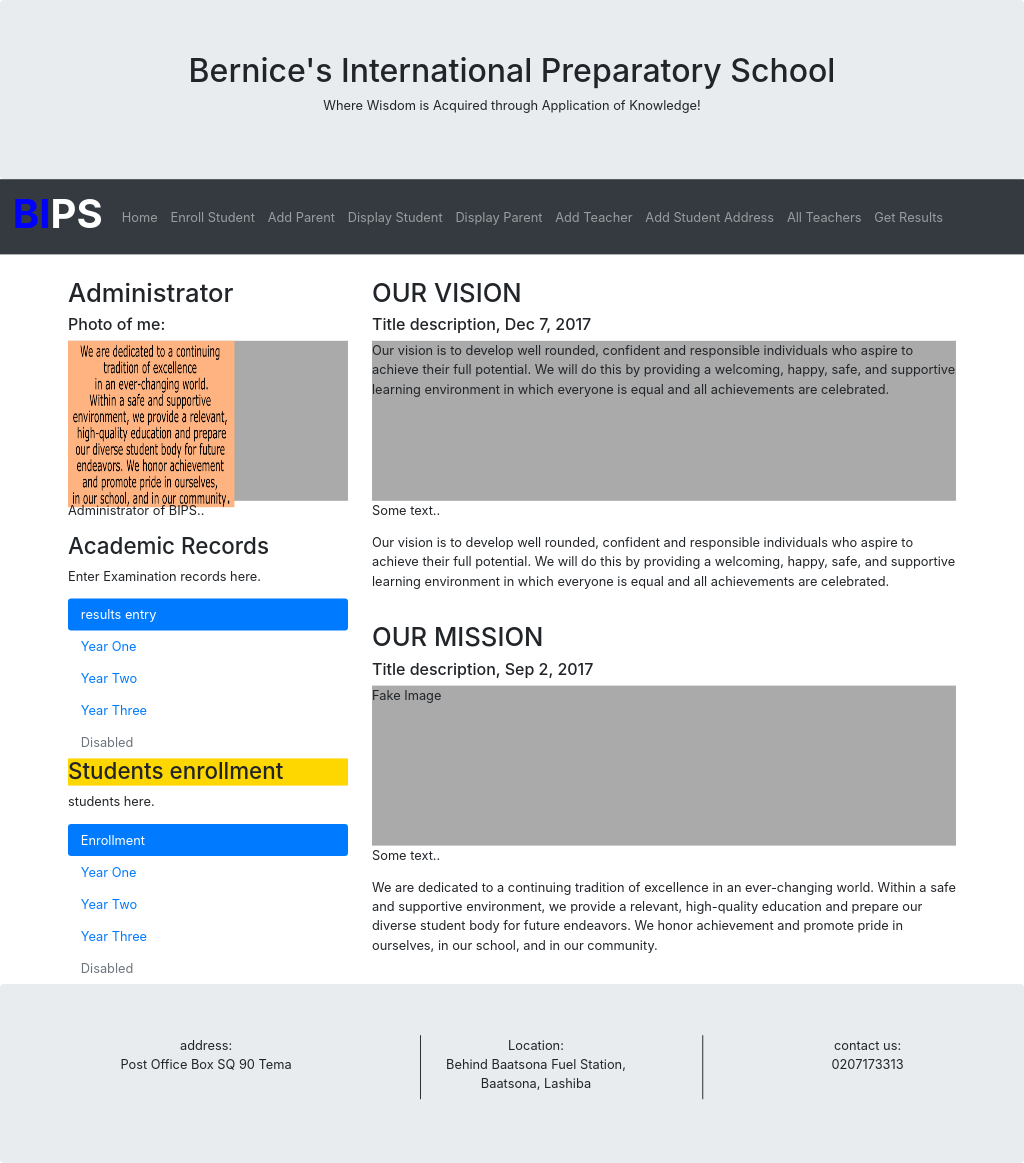
Repository: joseackah/eclipse-workspace
Page: http://localhost/com.school.mgt.system.Front.End/WEB-INF/views/adminPageExample.jsp
These files come from the project's save history. The page is drawn as it stood at one moment and after the next save; the edit follows.
The browser window is 1280 px wide. The pictures show the whole page, at 80% of full size.
The page is served by Tomcat 9. Nobody is signed in. The template is opened directly, without the code that normally fills it, so the values that code supplies are empty.

Above is the page before, as saved 2021-08-12 21:15:41.

After the next save:
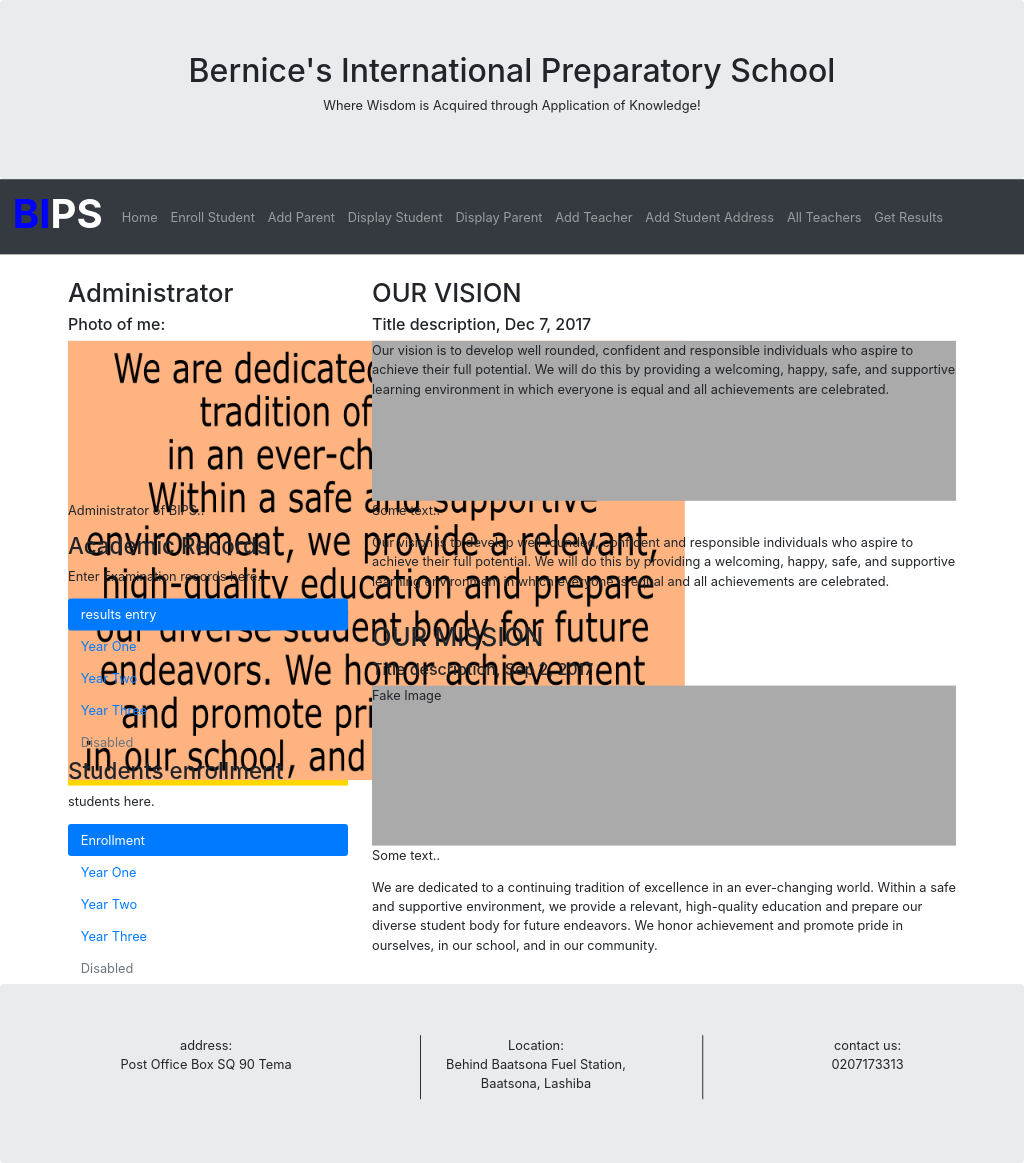
Saved 29 s later.
--- a/com.school.mgt.system.Front.End/src/main/webapp/WEB-INF/views/adminPageExample.jsp
+++ b/com.school.mgt.system.Front.End/src/main/webapp/WEB-INF/views/adminPageExample.jsp
@@ -67,7 +67,7 @@
     <div class="col-sm-4">
       <h2>Administrator</h2>
       <h5>Photo of me:</h5>
-      <div class="fakeimg"> <img alt="our mision" src="${pageContext.request.contextPath}/resources/png/mission.png" style="width:13em; height:13em;"/>  </div>
+      <div class="fakeimg"> <img alt="our mision" src="${pageContext.request.contextPath}/resources/png/mission.png" style="width:100; height:100;"/>  </div>
       <p>Administrator of BIPS..</p>
 
     <!--   academic record start here -->
